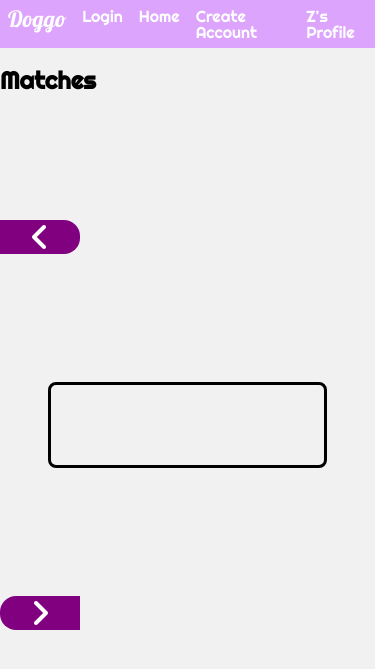
Repository: rh1456/capstone
Page: /1
These files come from the project's save history. The page is drawn as it stood at one moment and after the next save; the edit follows.
The browser window is 375 px wide. The pictures show the whole page.
Some web libraries are served in a nearby version. The project was rebuilt for these pictures with package versions that can differ from the ones it lists, and the page was loaded fresh each time. Also part of the build but not shown: src/pages/DoggoLandingPage.jsx, src/pages/CreateAccout.jsx, src/pages/DogProfile.jsx.

Above is the page before, as saved 2019-12-19 13:31:07.

### public/index.html
<!DOCTYPE html>
<html lang="en">
  <head>
    <meta charset="utf-8" />
    <link rel="shortcut icon" href="%PUBLIC_URL%/favicon.ico" />
    <meta
      name="viewport"
      content="width=device-width, initial-scale=1, shrink-to-fit=no"
    />
    <meta name="theme-color" content="#000000" />
    <!--
      manifest.json provides metadata used when your web app is added to the
      homescreen on Android. See https://developers.google.com/web/fundamentals/web-app-manifest/
    -->
    <link rel="manifest" href="%PUBLIC_URL%/manifest.json" />
    <!--
      Notice the use of %PUBLIC_URL% in the tags above.
      It will be replaced with the URL of the `public` folder during the build.
      Only files inside the `public` folder can be referenced from the HTML.

      Unlike "/favicon.ico" or "favicon.ico", "%PUBLIC_URL%/favicon.ico" will
      work correctly both with client-side routing and a non-root public URL.
      Learn how to configure a non-root public URL by running `npm run build`.
    -->
    <link
      href="https://fonts.googleapis.com/css?family=Pacifico|Permanent+Marker|Righteous|Roboto&display=swap"
      rel="stylesheet"
    />
    <link
      href="https://fonts.googleapis.com/css?family=Lobster&display=swap"
      rel="stylesheet"
    />
    <script
      src="https://kit.fontawesome.com/d7373701d1.js"
      crossorigin="anonymous"
    ></script>
    <title>Capstone</title>
  </head>
  <body>
    <noscript>
      You need to enable JavaScript to run this app.
    </noscript>
    <div id="root"></div>
    <!--
      This HTML file is a template.
      If you open it directly in the browser, you will see an empty page.

      You can add webfonts, meta tags, or analytics to this file.
      The build step will place the bundled scripts into the <body> tag.

      To begin the development, run `npm start` or `yarn start`.
      To create a production bundle, use `npm run build` or `yarn build`.
    -->
  </body>
</html>

### src/index.css
@media (min-width: 320px) and (max-width: 480px) {
  :root {
    font: 16px / 1 sans-serif;
  }

  html {
    height: 100%;
  }
  body {
    margin: 0;
    min-height: 100%;
    background-color: #f1f1f1;
    font-family: 'Righteous', cursive;
  }
  .nav-bar-ul {
    display: flex;
    flex-direction: row;
    justify-content: space-between;
    margin: 0;
    height: 3rem;
    background-color: #dca4fc;
    padding: 0;
  }
  nav li {
    list-style: none;
    padding: 0.5rem;
    color: white;
  }
  .nav-logo {
    font-size: 1.4rem;
    font-family: 'Lobster', cursive;
  }
  .Nav-link {
    color: white;
    text-decoration: none;
  }
  /* Dog profile Stylings */
  .dog-profile-image {
    display: flex;
    justify-content: center;
    /* border-bottom: solid lightgrey; */
  }
  .before-div {
    border: solid black;
    display: block;
    height: 18px;
    border-radius: 50% 50% 0 0;

    bottom: calc(100% - 10px);
    right: -5px;
    left: -5px;
    background-color: blue;
  }
  .profile-image {
    height: 12rem;
    width: 8rem;
    margin: 0;
    border-radius: 8px;
    margin: 0.7rem;
  }
  .profile-about {
    display: flex;
    flex-direction: column;
    height: 5rem;
    font-size: 0.7rem;
  }
  .profile-about h1 {
    align-self: center;
  }
  .profile-about span {
    align-self: center;
    padding: 0.1rem;
  }
  .in-between {
    border-top: solid lightgrey;
    border-bottom: solid lightgrey;
    height: 3rem;
    display: flex;
    justify-content: center;
  }
  .main-about {
    border-bottom: solid lightgrey;
  }
  .profile-logo {
    margin: 0.5rem;
    height: 2rem;
    width: auto;
  }
  .meet {
    display: flex;
    flex-direction: column;
  }
  .meet h1 {
    align-self: center;
  }
  .meet p {
    padding: 1rem;
    font-size: 0.9rem;
    align-self: center;
  }
  .small-pro-pic {
    align-self: center;
    height: 4rem;
    width: auto;
    border: 2px solid black;
    border-radius: 50%;
    margin-top: 0.8rem;
  }
  .match-button {
    align-self: center;
    background-color: purple;
    height: 1.8rem;
    width: 8rem;
    border-radius: 25px;
    border: 3px solid black;
    color: white;
  }

  /* Dog Landing Stylings */
  .doggo-landing-body {
    margin: 0;
    min-height: 100%;
    background-color: #f1f1f1;
    font-family: 'Righteous', cursive;
  }
  .landing-page-logo {
    display: flex;
    justify-content: center;
    align-content: center;
    flex-direction: column;
  }
  .doggo-logo {
    height: 180px;
    width: 238px;
    align-self: center;
  }
  .doggo-text-section {
    padding-top: 2rem;
    padding-bottom: 2rem;
  }
  .doggo-text {
    display: flex;
    justify-content: center;
    align-content: center;
    font-size: 2rem;
  }

  .landing-button {
    display: flex;
    justify-content: center;
    align-content: center;
  }
  .create-account {
    background-color: purple;
    height: 3rem;
    width: 15rem;
    border-radius: 25px;
    border: 3px solid black;
    color: white;
    font-family: 'Roboto', sans-serif;
  }
  .existing-users {
    display: flex;
    padding-top: 3rem;
    justify-content: center;
    align-content: center;
  }
  /* Create Account Stylings */
  .create-account-div {
    display: flex;
    flex-direction: column;
    font-size: 2rem;
  }
  .submit-account {
    margin-top: 1rem;
    align-self: center;
    background-color: purple;
    height: 1.8rem;
    width: 8rem;
    border-radius: 25px;
    border: 3px solid black;
    color: white;
  }

  /* Newsfeed Stylings */
  .h1-container {
    align-self: center;
  }
  .h1 .newsfeed-header {
    display: flex;
    flex-direction: row;
    justify-content: space-between;
    align-items: center;
    border-bottom: solid lightgrey;
    height: 9rem;
  }
  .friend-card {
    border: solid black;
    align-self: center;
    margin: 1rem 3rem;
    padding-left: 0.8rem;
    padding-right: 0.8rem;
    border-radius: 0.5rem;
    flex-basis: 30%;
    height: 5rem;
    /* width: 1rem; */
  }
  .feed-head-left-button,
  .feed-head-right-button {
    display: flex;
    justify-content: center;
    align-content: center;
    color: white;
    font-size: 2rem;
    width: 5rem;
    margin: 8rem 0rem;
    background-color: purple;
    border: none;
  }
  .feed-head-left-button {
    border-radius: 0rem 1rem 1rem 0rem;
  }
  .feed-head-right-button {
    border-radius: 1rem 0rem 0rem 1rem;
  }
}

### src/App.jsx
import React from 'react'
import { BrowserRouter as Router, Link, Route, Switch } from 'react-router-dom'
import MainPage from './pages/MainPage'
import DoggoLandingPage from './pages/DoggoLandingPage'
import CreateAccount from './pages/CreateAccout'
import DogProfile from './pages/DogProfile'

const App = () => {
  return (
    <Router>
      <header>
        <nav>
          <ul className="nav-bar-ul">
            <li className="nav-logo">Doggo</li>
            <li>
              <Link className="Nav-link" to="/">
                Login
              </Link>
            </li>
            <li>
              <Link className="Nav-link" to="/1">
                Home
              </Link>
            </li>
            <li>
              <Link className="Nav-link" to="/2">
                Create Account
              </Link>
            </li>
            <li>
              <Link className="Nav-link" to="/3">
                Z's Profile
              </Link>
            </li>
          </ul>
        </nav>
      </header>
      <Switch>
        <Route exact path="/" component={DoggoLandingPage}></Route>
        <Route exact path="/1" component={MainPage}></Route>
        <Route exact path="/2" component={CreateAccount}></Route>
        <Route path="/3" component={DogProfile}></Route>
      </Switch>
    </Router>
  )
}

export default App

### src/pages/MainPage.jsx
import React from 'react'

const MainPage = () => {
  return (
    <div className="news-feed-body">
      <section className="h1-container">
        <h1 className="matches-h1">Matches</h1>
      </section>
      <header className="newsfeed-header">
        <button className="feed-head-left-button">
          <i class="fas fa-angle-left"></i>
        </button>
        <div className="friend-card"></div>
        <button className="feed-head-right-button">
          <i class="fas fa-angle-right"></i>
        </button>
      </header>
      <section className="newsfeed"></section>
    </div>
  )
}

export default MainPage

Loaded but not shown: src/index.js (common file)

After the next save:
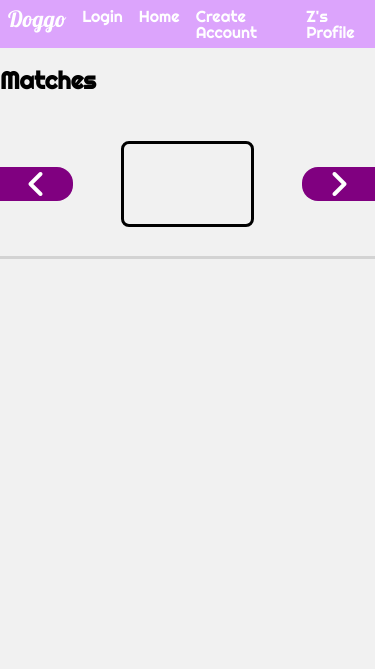
Saved 19 s later.
--- a/src/index.css
+++ b/src/index.css
@@ -184,9 +184,9 @@
 
   /* Newsfeed Stylings */
   .h1-container {
-    align-self: center;
-  }
-  .h1 .newsfeed-header {
+    display: flex;
+  }
+  .newsfeed-header {
     display: flex;
     flex-direction: row;
     justify-content: space-between;
